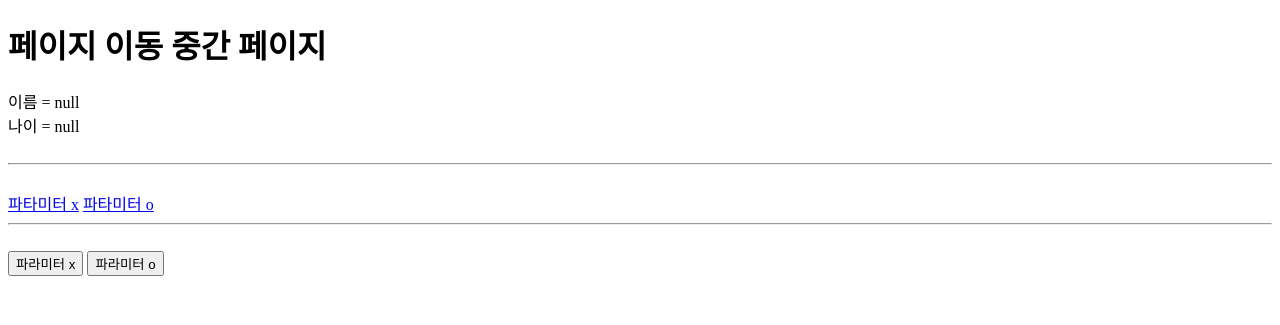
Repository: asnqty/workspace_jsp
Page: http://localhost/chapter02_jsp/Ex05_02_page_move.jsp
The author's editor kept a copy of each file at every save. The page is drawn from the files as they stood at one save, then again after the next save.
The browser window is 1280 px wide. The pictures show the whole page.
The page is served by Tomcat 9.

Above is the page before, as saved 2025-11-25 05:36:39.

After the next save:
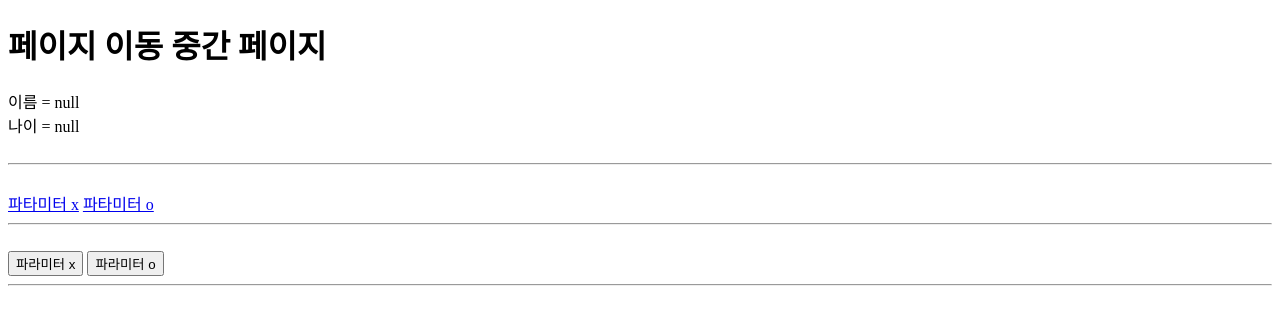
Saved 3 min 22 s later.
--- a/chapter02_jsp/WebContent/Ex05_02_page_move.jsp
+++ b/chapter02_jsp/WebContent/Ex05_02_page_move.jsp
@@ -29,5 +29,8 @@
 	<!-- 2. location.href로 이동하기 -->
 	<button onclick="location.href='Ex05_03_page_move.jsp'">파라미터 x</button>
 	<button onclick="location.href='Ex05_03_page_move.jsp?name=<%=name%>&age=<%=age%>'">파라미터 o</button>
+
+	<br> <hr> <br>
+
 </body>
 </html>
